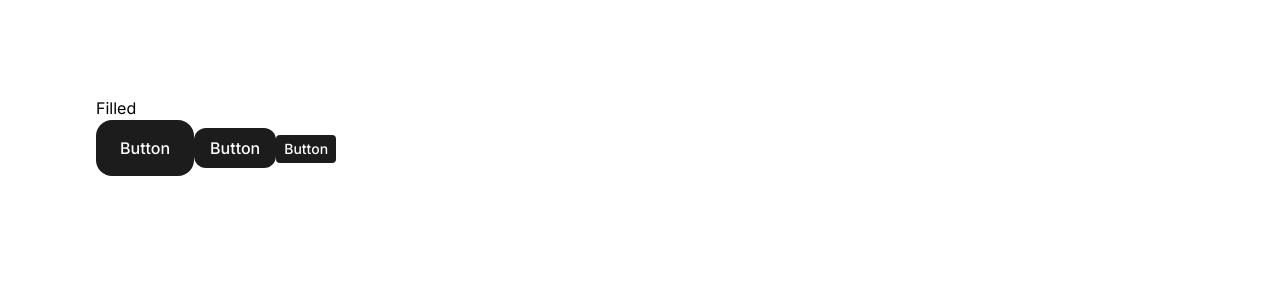
Repository: ggonzaga29/polarized-dashboard
Page: /
The author's editor kept a copy of each file at every save. The page is drawn from the files as they stood at one save, then again after a run of saves.
The browser window is 1280 px wide. The pictures show the whole page.
The project was rebuilt for these pictures with package versions that can differ from the ones it lists, and the page was loaded fresh each time. The framework's server and built-in components were replaced by stand-ins that run in the browser. Also part of the build but not shown: next.config.js.

Above is the page before, as saved 2023-08-03 12:56:19.

After the next 2 saves:
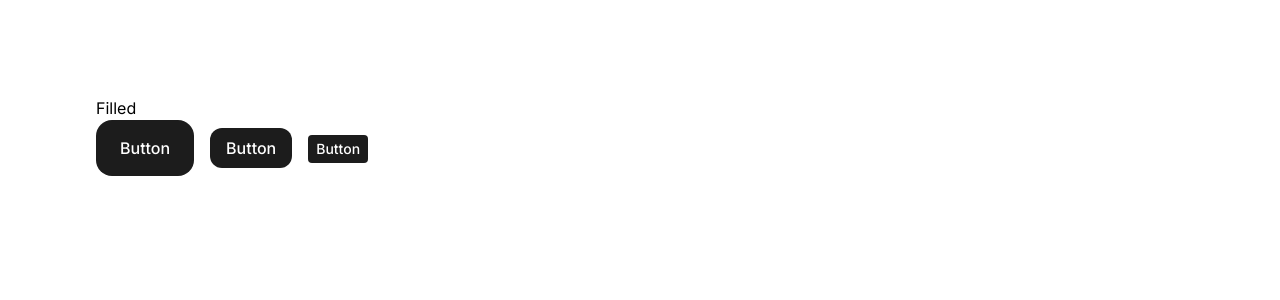
The 2 saves are shown as one change because they came seconds apart.
The last was saved 21 s later.
--- a/src/app/page.jsx
+++ b/src/app/page.jsx
@@ -5,15 +5,17 @@ export default function Home() {
   return (
     <main className="min-h-screen flex-col items-center justify-between p-24">
       <h2>Filled</h2>
-      <Button variant="filled" size="lg">
-        Button
-      </Button>
-      <Button variant="filled" size="md">
-        Button
-      </Button>
-      <Button variant="filled" size="sm">
-        Button
-      </Button>
+      <div className='space-x-4'>
+        <Button variant="filled" size="lg">
+          Button
+        </Button>
+        <Button variant="filled" size="md">
+          Button
+        </Button>
+        <Button variant="filled" size="sm">
+          Button
+        </Button>
+      </div>
     </main>
   );
 }
